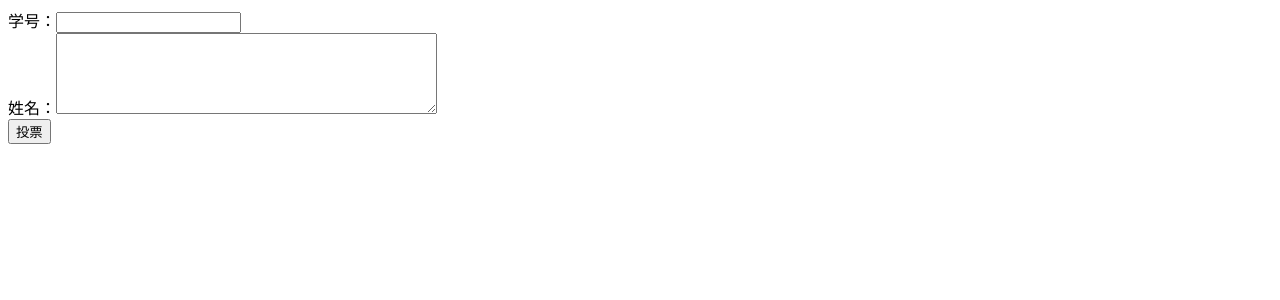
Repository: yonghuisu/THUVote
Page: LocalProject/Application/Home/View/Vote/vote.html
These files come from the project's save history. The page is drawn as it stood at one moment and after the next save; the edit follows.
The browser window is 1280 px wide. The pictures show the whole page.

Above is the page before, as saved 2014-04-14 07:13:39.

### LocalProject/Application/Home/View/Vote/vote.html
<FORM method="post" action="__URL__/insert">
学号：<INPUT type="text" name="title"><br/>
姓名：<TEXTAREA name="content" rows="5" cols="45"></TEXTAREA><br/>
 <INPUT type="submit" value="投票">
 </FORM>

After the next save:
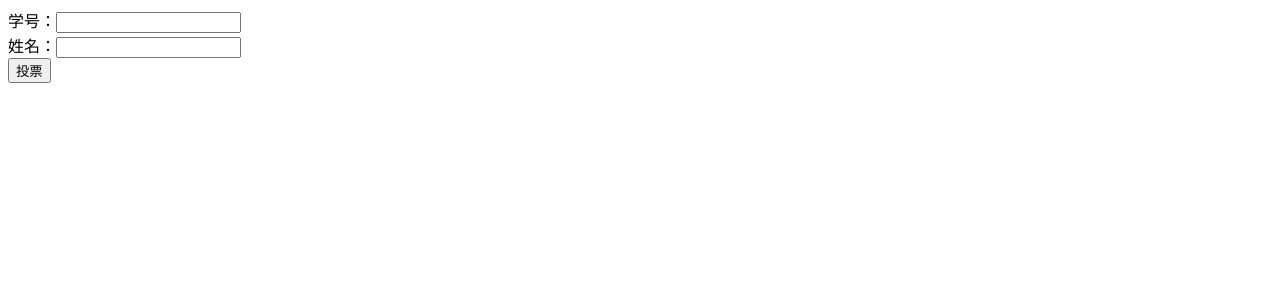
Saved 24 s later.
--- a/LocalProject/Application/Home/View/Vote/vote.html
+++ b/LocalProject/Application/Home/View/Vote/vote.html
@@ -1,5 +1,5 @@
 <FORM method="post" action="__URL__/insert">
-学号：<INPUT type="text" name="title"><br/>
-姓名：<TEXTAREA name="content" rows="5" cols="45"></TEXTAREA><br/>
+学号：<INPUT type="text" name="student_no"><br/>
+姓名：<INPUT type="text" name="student_name"><br/>
  <INPUT type="submit" value="投票">
  </FORM>
